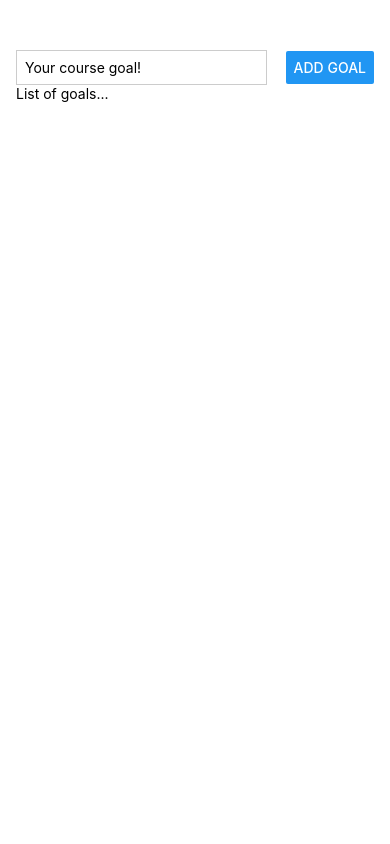
Repository: akinolapo/ToDoApp
Screen: /
These files come from the project's save history. The screen is drawn as it stood at one moment and after a run of saves; the edit follows.
The app was drawn by React Native's web renderer in a window 390 px wide. The project was rebuilt for these pictures with package versions that can differ from the ones it lists, and the page was loaded fresh each time.

Above is the screen before, as saved 2022-09-15 13:47:56.

After the next 3 saves:
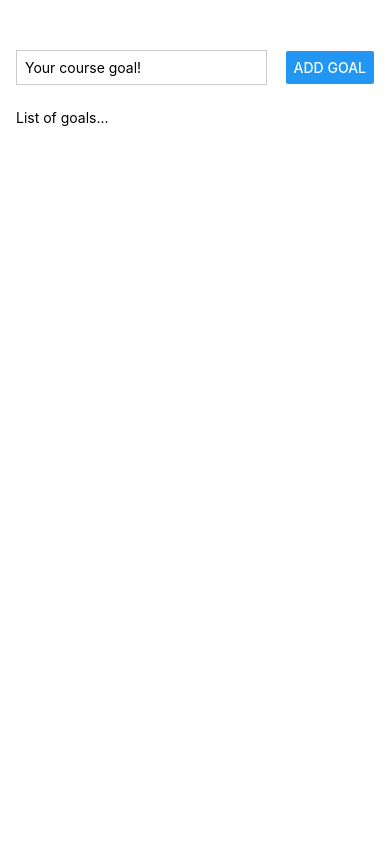
The 3 saves are shown as one change because they came seconds apart.
The last was saved 110 s later.
--- a/App.js
+++ b/App.js
@@ -22,7 +22,8 @@ const styles = StyleSheet.create({
   inputContainer: {
     flexDirection: 'row',
     justifyContent: 'space-between',
-    alignItems: 'center'
+    alignItems: 'center',
+    paddingBottom: 24,
   },
   textInput: {
     borderWidth: 1,
